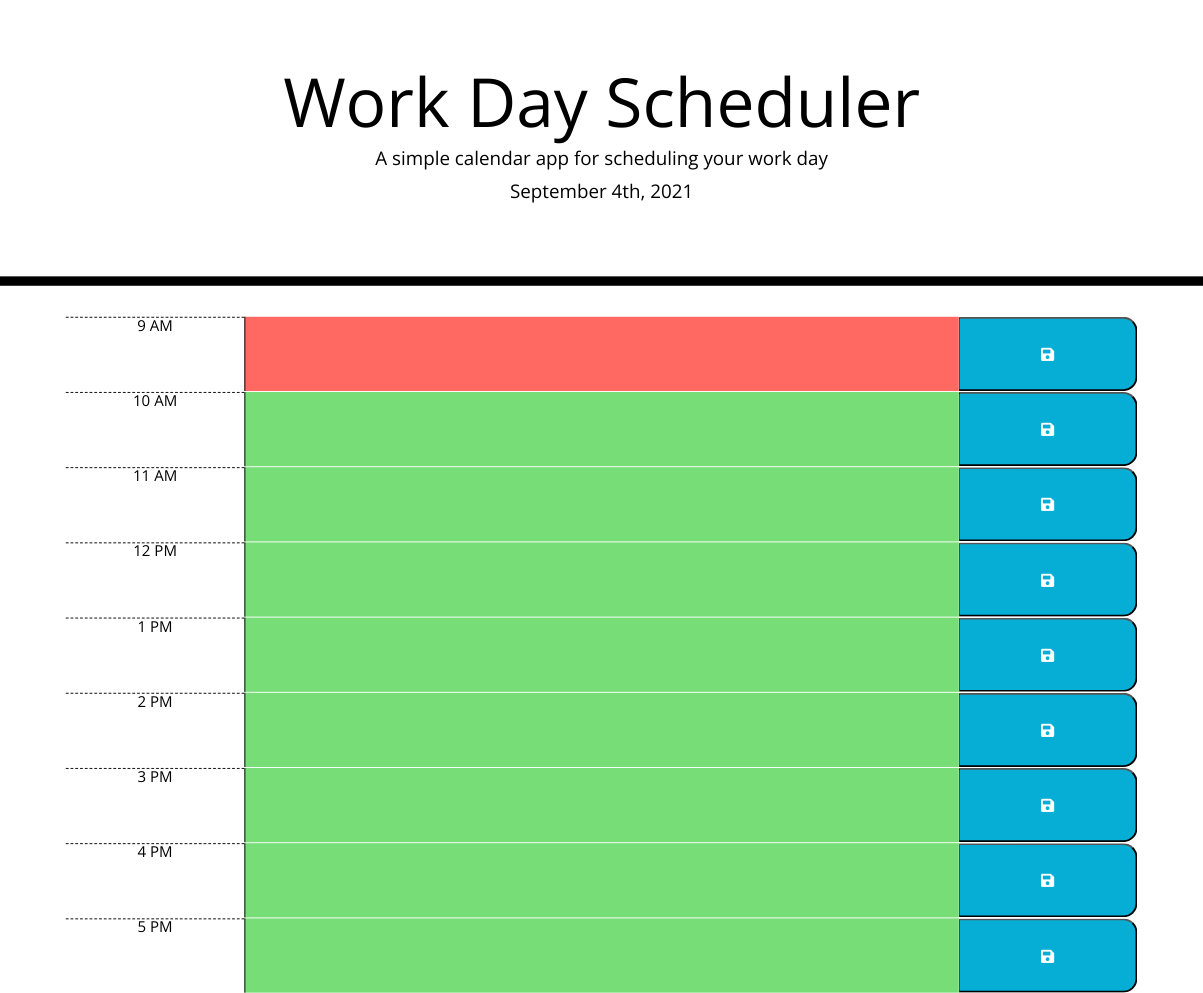
Repository: asecord92/daily-work-schedule
Page: index.html
An editor plug-in stored every save of this project. The page is shown before and after the next save, followed by the edit.
The browser window is 1280 px wide. The pictures show the whole page, at 94% of full size.
Some web libraries are served in a nearby version.

Above is the page before, as saved 2021-09-04 09:21:24.

After the next save:
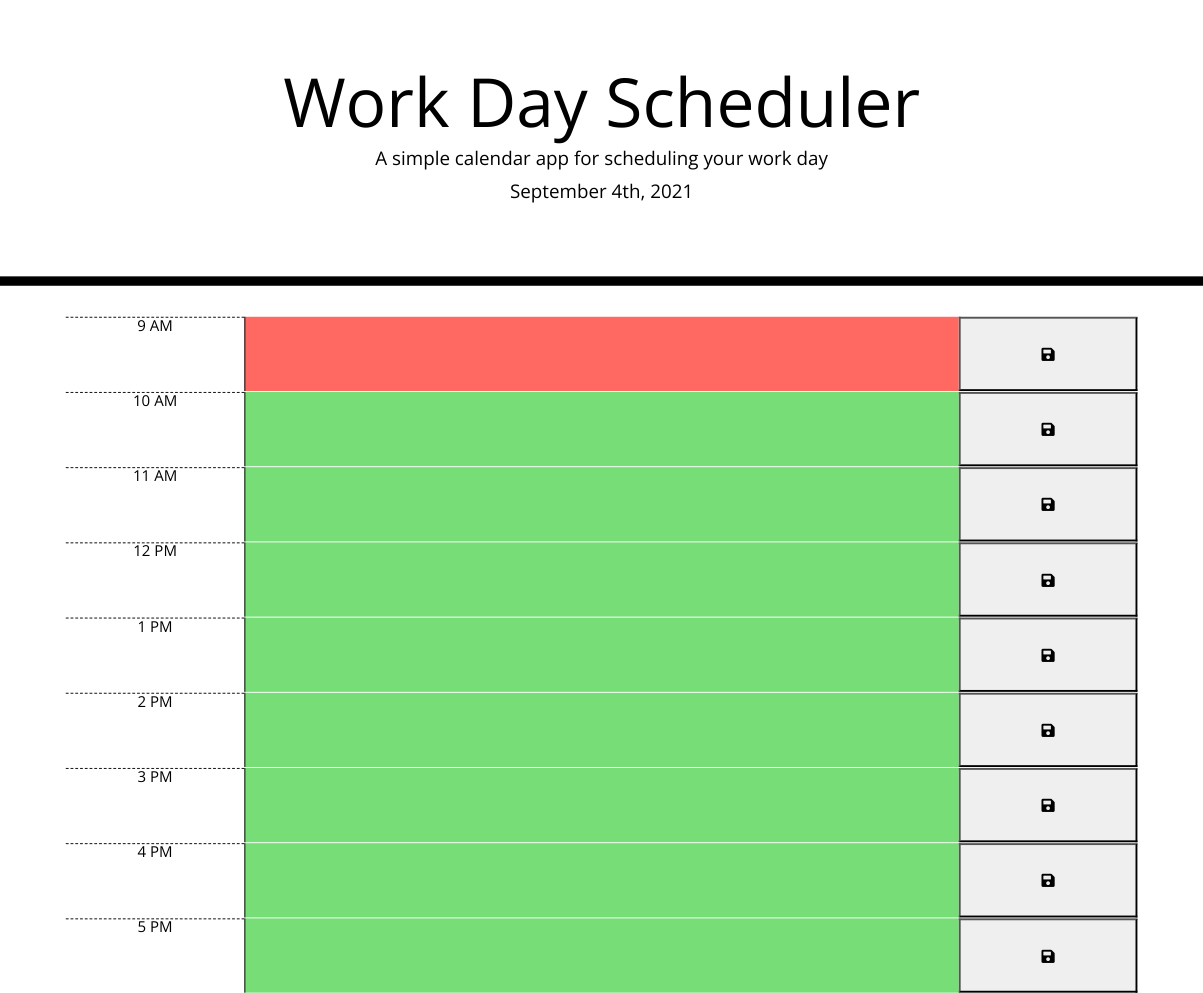
Saved 4 min 35 s later.
--- a/assests/js/script.js
+++ b/assests/js/script.js
@@ -35,16 +35,16 @@
 
     var timeBlockText = document.createElement("textarea");
     timeBlockText.setAttribute("class", "col-8 description textarea");
-    timeBlockText.setAttribute("id", "task")
-    timeBlockText.setAttribute("data-text-id", i);
+    timeBlockText.setAttribute("id", "task" + i)
+
 
     //create button
 
     var timeBlockBtn = document.createElement("button");
     timeBlockBtn.setAttribute("type", "submit");
     timeBlockBtn.setAttribute("id", "saveBtn" + i);
-    timeBlockBtn.setAttribute("class","col-2 saveBtn");
-    timeBlockBtn.setAttribute("data-btn-id", i)
+    timeBlockBtn.setAttribute("class","col-2 saveBtn" + i);
+
 
     //add save icon
 
@@ -81,6 +81,7 @@
 }
 // save to local storage
 function saveTask() {
+    var selectedText = textAreaEl.data-task-id
 
 }
 //load from local storage to page
@@ -95,12 +96,8 @@
 var saveBtnEl = document.querySelectorAll(".saveBtn");
 saveBtnEl.forEach(saveBtnEl => {
     saveBtnEl.addEventListener("click", function(e){
-        console.log(saveBtnEl.id);
-        for (var i=0; i<textAreaEl.length; i++){
-            currentArea  = textAreaEl[i]
-            var taskIn = currentArea.value;
-            console.log(taskIn)
-        };
+        saveTask(e);
+
     })
 })
 

After the save that followed:
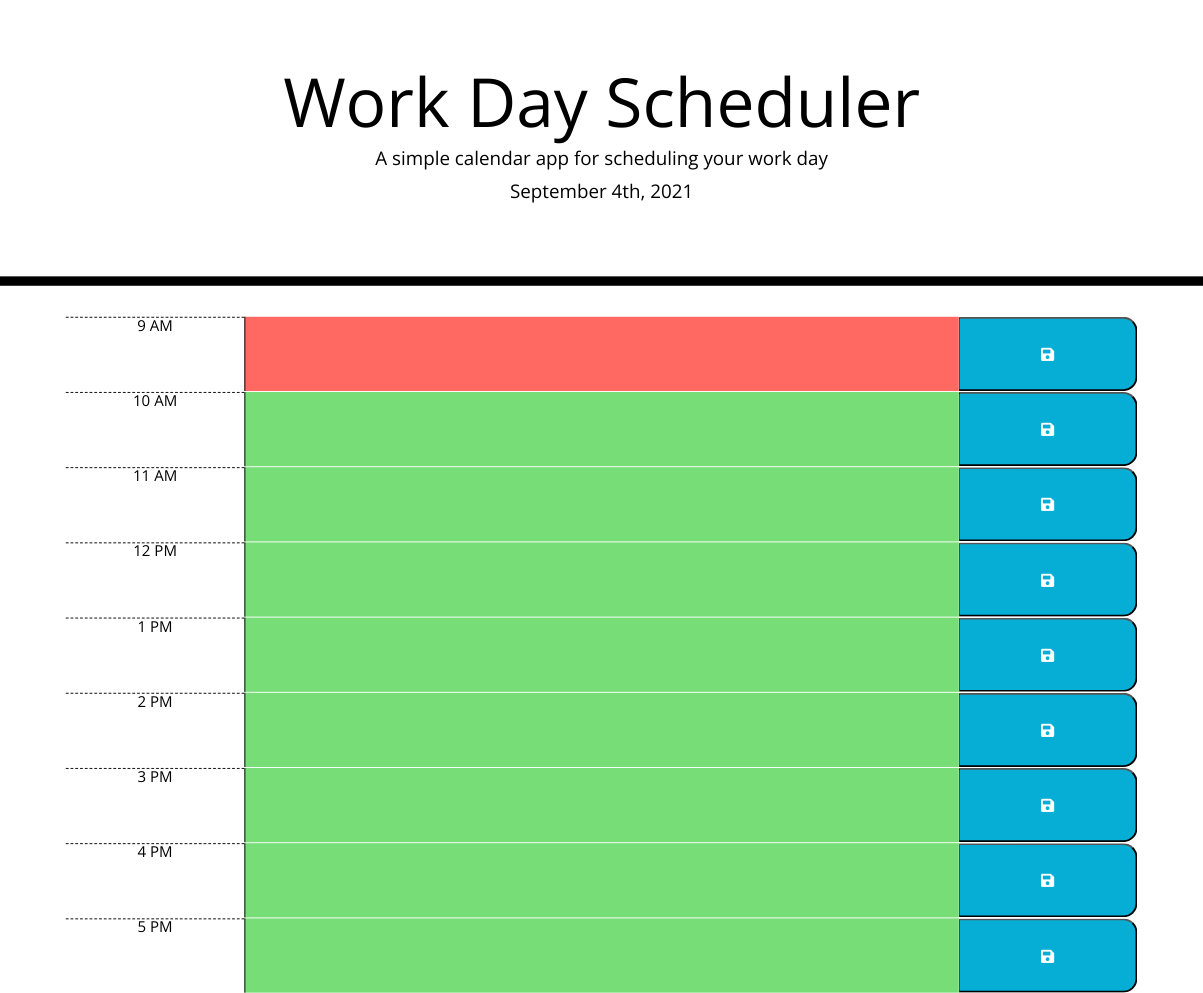
Saved 18 s later.
--- a/assests/js/script.js
+++ b/assests/js/script.js
@@ -43,7 +43,7 @@
     var timeBlockBtn = document.createElement("button");
     timeBlockBtn.setAttribute("type", "submit");
     timeBlockBtn.setAttribute("id", "saveBtn" + i);
-    timeBlockBtn.setAttribute("class","col-2 saveBtn" + i);
+    timeBlockBtn.setAttribute("class","col-2 saveBtn");
 
 
     //add save icon
